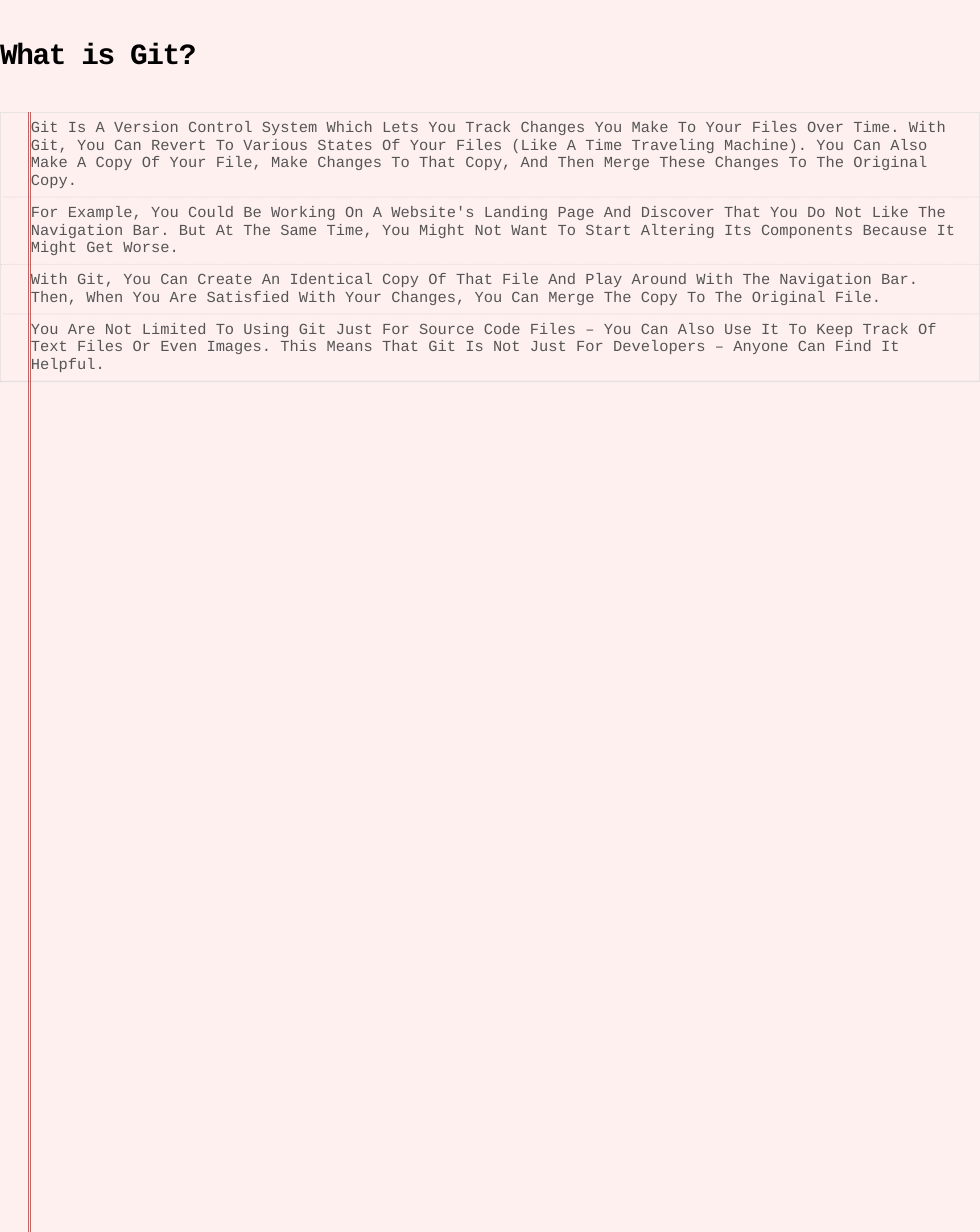
Repository: dev-singh-kanyal/Archive-git_github
Page: src/what is git.html
The author's editor kept a copy of each file at every save. The page is drawn from the files as they stood at one save, then again after the next save.
The browser window is 1280 px wide. The page is 1400 px wide, so the pictures cover 1400 px, including what lies to the right of the window. The pictures show the whole page, at 70% of full size.
The pointer rests on the first visible `.lines`.
Some web fonts or font styles are not loaded; a fallback is used.

Above is the page before, as saved 2022-06-24 16:49:09.

### src/what is git.html
<!DOCTYPE HTML>
<html>

<head>
   <meta charset="UTF-8">
   <title>Git</title>
   <link rel="stylesheet" href="/src/style.css">
   <link href="https://fonts.googleapis.com/css2?family=Reenie+Beanie&display=swap" rel="stylesheet">
</head>

<body>

    <h4>What is Git?</h4>

    <div class="lines"></div>

    <ul class="list">
      <li>Git is a version control system which lets you track changes you make to your files over time. With Git, you can revert to various states of your files (like a time traveling machine). You can also make a copy of your file, make changes to that copy, and then merge these changes to the original copy.</li>
      <li>For example, you could be working on a website's landing page and discover that you do not like the navigation bar. But at the same time, you might not want to start altering its components because it might get worse.</li>
      <li>With Git, you can create an identical copy of that file and play around with the navigation bar. Then, when you are satisfied with your changes, you can merge the copy to the original file.</li>
      <li>You are not limited to using Git just for source code files – you can also use it to keep track of text files or even images. This means that Git is not just for developers – anyone can find it helpful.</li>
    </ul>

</body>
</html>

### src/style.css
body {
    background-color: hsl(0, 100%, 97%);
    width: 1400px;
    margin: 0 auto;
    padding: 0;
  }
  h4 {
    color: #000000;
    font-size: 42px;
    letter-spacing: -2px;
    font-family: courier, monospace;
    text-align: left;
  }
  a {
    text-decoration: none;
    color: inherit;
  }
  .list {
    color: #555;
    /* background-color: peachpuff; */
    font-size: 22px;
    /* font-size: 2rem; */
    padding: 0 !important;
    width: auto;
    /* font-family: 'Reenie Beanie'; */
    font-family: courier, monospace;
    border: 1px solid #dedede;

  }
  .list li {
    list-style: none;
    border-bottom: 1px dotted #ccc;
    /* text-indent: 25px; */
    height: auto;
    padding: 10px;
    text-transform: capitalize;
  }
  .list li:hover {
    background-color: #5a99a3;
    color: white;
    -webkit-transition: all 0.2s;
    -moz-transition:    all 0.2s;
    -ms-transition:     all 0.2s;
    -o-transition:      all 0.2s;
  }
  .lines {
    border-left: 1px solid #ff0000;
    border-right: 1px solid #ff0000;
    width: 2px;
    float: left;
    height: 1600px;
    margin-left: 40px;

  }
  .lines:hover {
    border-left: 1px solid #ff0000;
    border-right: 1px solid #ff0000;
    width: 2px;
    float: left;
    height: 1600px;
    margin-left: 40px;

  }

After the next save:
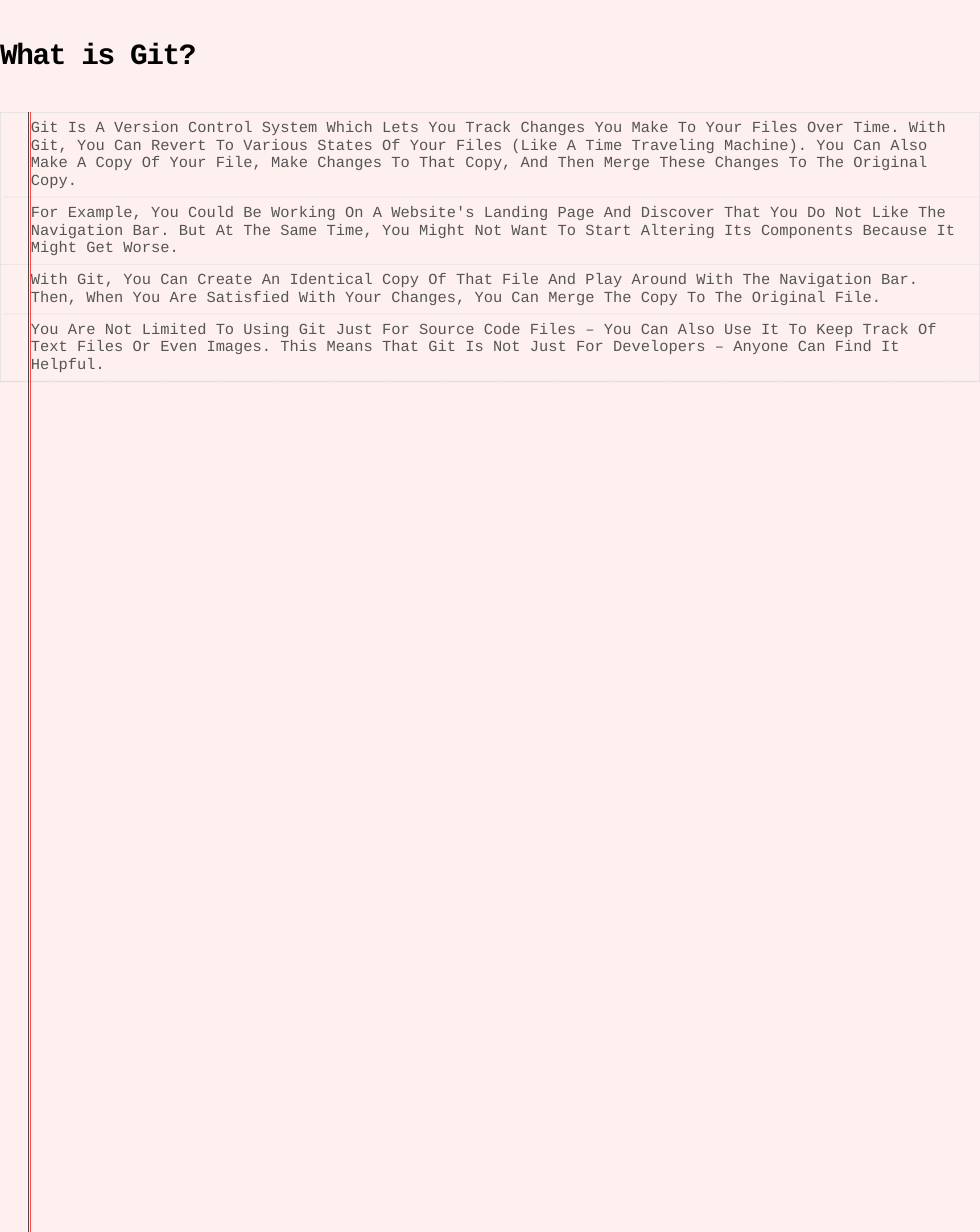
Saved 7 s later.
--- a/src/style.css
+++ b/src/style.css
@@ -53,7 +53,7 @@
 
   }
   .lines:hover {
-    border-left: 1px solid #ff0000;
+    border-left: 1px solid #000000;
     border-right: 1px solid #ff0000;
     width: 2px;
     float: left;
